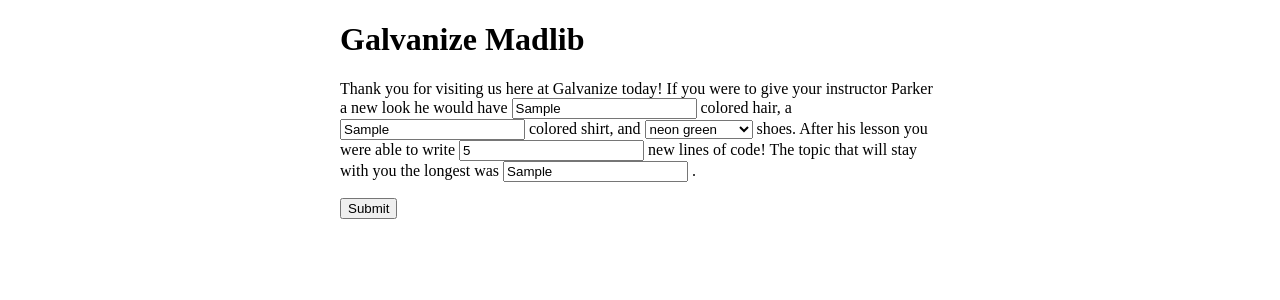
Repository: marta84/galvanize-scripted-madlib
Page: madlib.html
The author's editor kept a record of every edit. The page is drawn from the files as they stood at one moment, then again after the next edit.
The browser window is 1280 px wide. The pictures show the whole page.
Empty fields were first filled with sample values (such as "Sample", 5 or name@example.com).
After loading, the first visible `#clickButton` was clicked once.
Some web libraries are served in a nearby version.

Above is the page before.
Console error: ReferenceError: modifierFunc is not defined

### madlib.html
<!DOCTYPE html>
<html lang="en-us">
	<head>
		<meta charset="utf-8">
		<title>Galvanize Madlib</title>

		<style type="text/css">
			main {
				width: 600px;
				margin: auto;
			}
		</style>

		<script
			src="https://code.jquery.com/jquery-3.2.1.js"
			integrity="sha256-DZAnKJ/6XZ9si04Hgrsxu/8s717jcIzLy3oi35EouyE="
			crossorigin="anonymous"></script>
		<script type="text/javascript" src="script.js"></script>

	</head>

	<body>
		<main>
			<h1>Galvanize Madlib</h1>
			<p>
				Thank you for visiting us here at Galvanize today! If you were to give your instructor Parker
				a new look he would have

				<input type="text"/>

				colored hair, a

				<input type="text"/>

				colored shirt, and

				<select name="instructor" id="instructor">
					<option value="neon green">neon green</option>
					<option value="bright purple">bright purple</option>
					<option value="radiant orange">radiant orange</option>
				</select>

				shoes. After his lesson you were able to write

				<input type="number"/>

				new lines of code! The topic that will stay with you
				the longest was

				<input type="text"/>

				.
			</p>

			<button id="clickButton">Submit</button>
		</main>

	</body>
</html>

### script.js
$(document).ready(function() {
    $("#clickButton").on("click", function() {

        var hairColor = "red";
        var shirtColor = "yellow";
        var shoesColor = "green";
        var linesOfCode = 123;
        var linesOfCodeModifier = modifierFunc(linesOfCode);
        var lessonLearned = "jQuery"

        var returnString =      "I had a great time at Galvanize with Parker today but his look needs"
                            +   " some serious help! First off, he should dye his hair " + hairColor + "."
                            +   " He also really needs a " + shirtColor + " shirt to go with some " + shoesColor
                            +   " shoes. Aside from his outfit, he was a pretty good instructor. I was able "
                            +   " to write " + linesOfCodeModifier + " more lines of code because of our review."
                            +   " After this time at Galvanize I will never forget" + lessonLearned + " !"

        $("main").text(returnString)

    });


});

After the next edit:
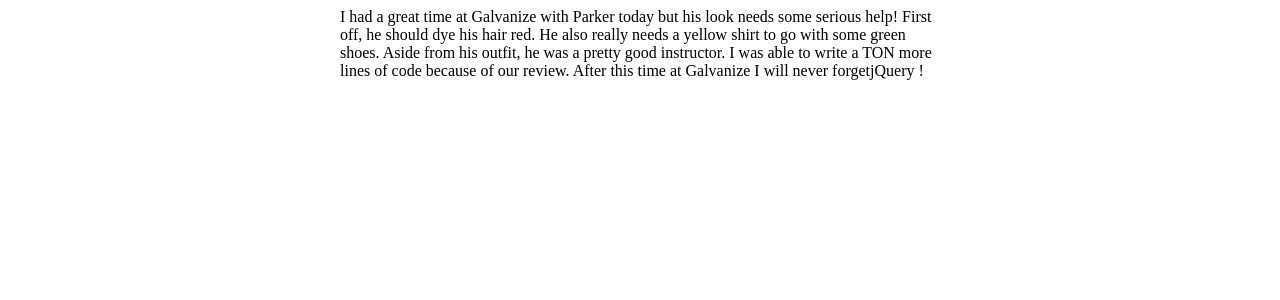
The error is gone.
The edit:
--- a/script.js
+++ b/script.js
@@ -7,6 +7,12 @@
         var linesOfCode = 123;
         var linesOfCodeModifier = modifierFunc(linesOfCode);
         var lessonLearned = "jQuery"
+
+        function modifierFunc(lines) {
+            if(true){
+                return "a TON";
+            }
+        }
 
         var returnString =      "I had a great time at Galvanize with Parker today but his look needs"
                             +   " some serious help! First off, he should dye his hair " + hairColor + "."
